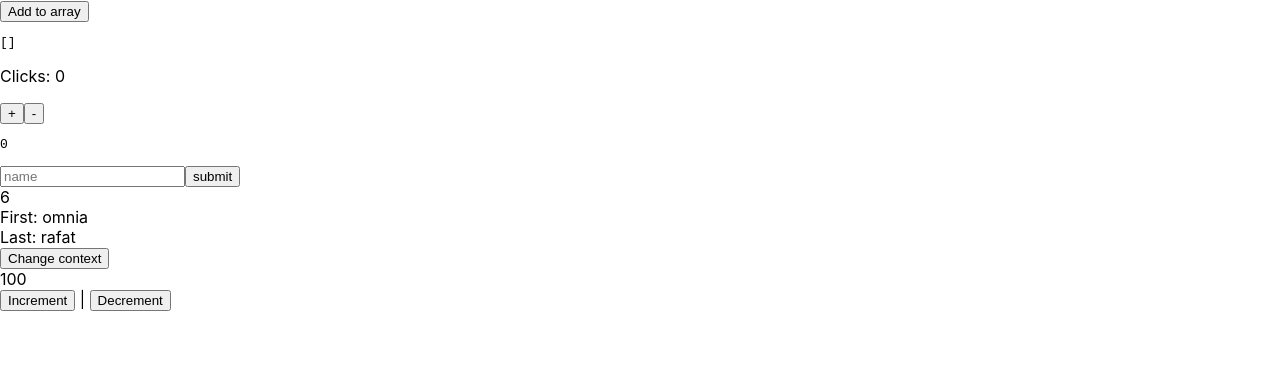
Repository: OmniaRafat232111121/Hookstypescript
Page: /
These files come from the project's save history. The page is drawn as it stood at one moment and after a run of saves; the edit follows.
The browser window is 1280 px wide. The pictures show the whole page.
The project was rebuilt for these pictures with package versions that can differ from the ones it lists, and the page was loaded fresh each time.

Above is the page before, as saved 2022-09-19 02:04:59.

### src/App.tsx
import UseContextComponent from "./components/UseContextComponent";
import UseEffectComponent from "./components/UseEffectComponent";
import UseReducerComponent from "./components/UseReducerComponent";
import UseStateComponent from"./components/UseStateComponent"
function App() {
  return (
    <div>
     <UseStateComponent/>
     <UseEffectComponent/>
      <UseContextComponent/>
      <UseReducerComponent/>
    </div>
  );
}

export default App;

### src/components/UseContextComponent.tsx
import { useState,useContext } from "react";
import UserContext,{UserState} from "../context/store";
function ConsumerComponent(){
const user=useContext(UserContext);
return (
    <div>
      <div>First: {user.first}</div>
      <div>Last: {user.last}</div>
    </div>
  );

}
function UseContextComponent(){
    const [user,setUser]=useState<UserState>({
       first:'omnia',
       last:'rafat'
    });
    return(
    <UserContext.Provider value={user} >
      <ConsumerComponent/>
      <button
        onClick={() =>
          setUser({
            first: "Josie",
            last: "Wales",
          })
        }
      >
        Change context
      </button>
    </UserContext.Provider>
    );
}
export default UseContextComponent;

### src/components/UseEffectComponent.tsx
import {useEffect,useState} from 'react'
function UseEffectComponent(){
    const [val,valSet]=useState(1);
    useEffect(()=>{
    const timer=window.setInterval(()=>{
            valSet((v)=>v+1);
        },1000);
        //cleanup
        return()=>window.clearInterval(timer);
    })
    return(

     <div>{val}</div>
    );

}
export default UseEffectComponent;
/*useeffect*/
/*
changing the document,fetching data
lifecycle(component didupdate,componentdidmount,componentwillunmount)
accept twoparameter ,if you wont provide any parameter it can update at every time

*/

### src/components/UseReducerComponent.tsx
import { useReducer } from "react";
const initialState={
    counter:100
}
type ACTIONTYPES =
  | { type: "increment"; payload: number }
  | { type: "decrement"; payload: number };
function countReducer(state:typeof initialState,action:ACTIONTYPES){
switch(action.type){
    case "increment":
        return{
            ...state,
            counter:state.counter+action.payload,
        };
        case "decrement":
            return{
                ...state,
                counter:state.counter-action.payload,
            }
            default:
                throw new Error("Bad action");
}
}
function UseReducerComponent(){
const [state,dispatch]=useReducer(countReducer,initialState)
return(
<div>
      <div>{state.counter}</div>
      <div>
        <button
          onClick={() =>
            dispatch({
              type: "increment",
              payload: 10,
            })
          }
        >
          Increment
        </button>{" "} {" "} {" "}
        | {" "} {" "}
        <button
          onClick={() =>
            dispatch({
              type: "decrement",
              payload: 5,
            })
          }
        >
          Decrement
        </button>
      </div>
    </div>
  );
}
export default UseReducerComponent;

### src/components/UseStateComponent.tsx
import { ChangeEvent, FormEvent, useState } from "react";

function UseStateComponent(){
const [arr,arrSet]=useState<number[]>([]);
// const [name,nameSet]=useState<string|null>(null);
const [clicks,setClicks]=useState<number>(0);
const[name,setName]=useState<string|null>('');
const handleSubmit = (e: FormEvent<HTMLFormElement>) => {
    e.preventDefault();
    console.log(name);
};
const onNameChange = (e: ChangeEvent<HTMLInputElement>) => {
    setName(e.target.value);
};
return(
    <div>
        <div>
            <button onClick={()=>arrSet([
                ...arr,
                arr.length+1
            ])}>Add to array</button>
          <pre>{JSON.stringify(arr)}</pre>
        </div>

        {/* <div>
            <button onClick={()=>nameSet("omnia")}>Add to array</button>
          <pre>{JSON.stringify(name)}</pre>
        </div> */}

        <div>
        <p>Clicks: {clicks}</p>
         <button onClick={() => setClicks(clicks+1)}>+</button>
         <button onClick={() => setClicks(clicks-1)}>-</button>
          <pre>{JSON.stringify(clicks)}</pre>
        </div>

        <div>
            <form onSubmit={handleSubmit}>
            <input type="text" placeholder="name" value={name} onChange={onNameChange} />
                <button > submit</button>
            </form>
        </div>
    </div>

);
}
export default UseStateComponent;

### src/context/store.tsx
import { createContext } from "react";
const initialState={
    first:'omnia',
    last:'rafat'
};
export type UserState=typeof initialState;
const context= createContext<typeof initialState> (initialState);
export default context;

### src/components/UseRefComponen.tsx
import {useRef} from 'react'
function UseRefComponent(){
const inputRef=useRef<HTMLInputElement | null>(null);
return(
<div>
    <input ref={inputRef}/>
    <button onClick={()=>inputRef.current?.focus()}>focus on input</button>
</div>
);
}
export default UseRefComponent;

Loaded but not shown: public/index.html (common file); src/index.tsx (common file); src/index.css (common file); src/reportWebVitals.ts (common file)

After the next 6 saves:
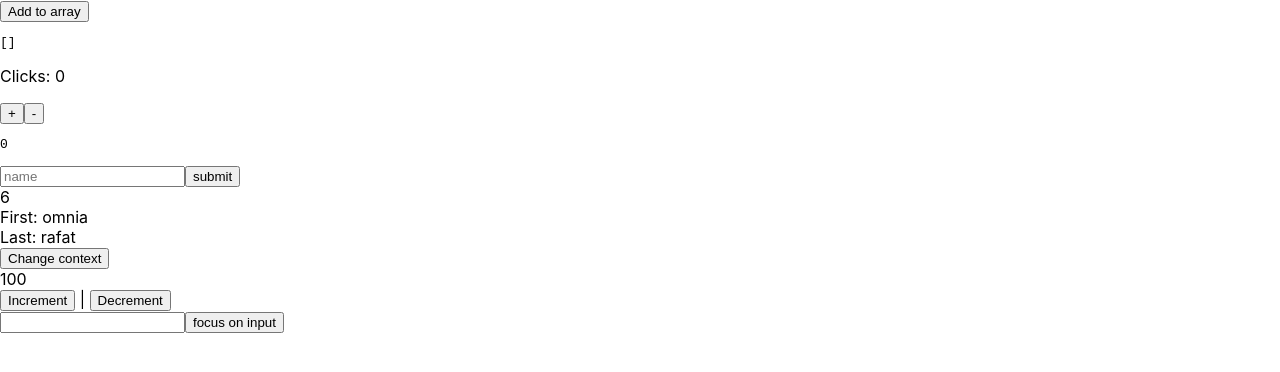
The 6 saves are shown as one change because they came seconds apart.
The last was saved 45 s later.
--- a/src/App.tsx
+++ b/src/App.tsx
@@ -1,6 +1,7 @@
 import UseContextComponent from "./components/UseContextComponent";
 import UseEffectComponent from "./components/UseEffectComponent";
 import UseReducerComponent from "./components/UseReducerComponent";
+import UseRefComponent from "./components/UseRefComponen";
 import UseStateComponent from"./components/UseStateComponent"
 function App() {
   return (
@@ -9,6 +10,7 @@ function App() {
      <UseEffectComponent/>
       <UseContextComponent/>
       <UseReducerComponent/>
+      <UseRefComponent/>
     </div>
   );
 }
